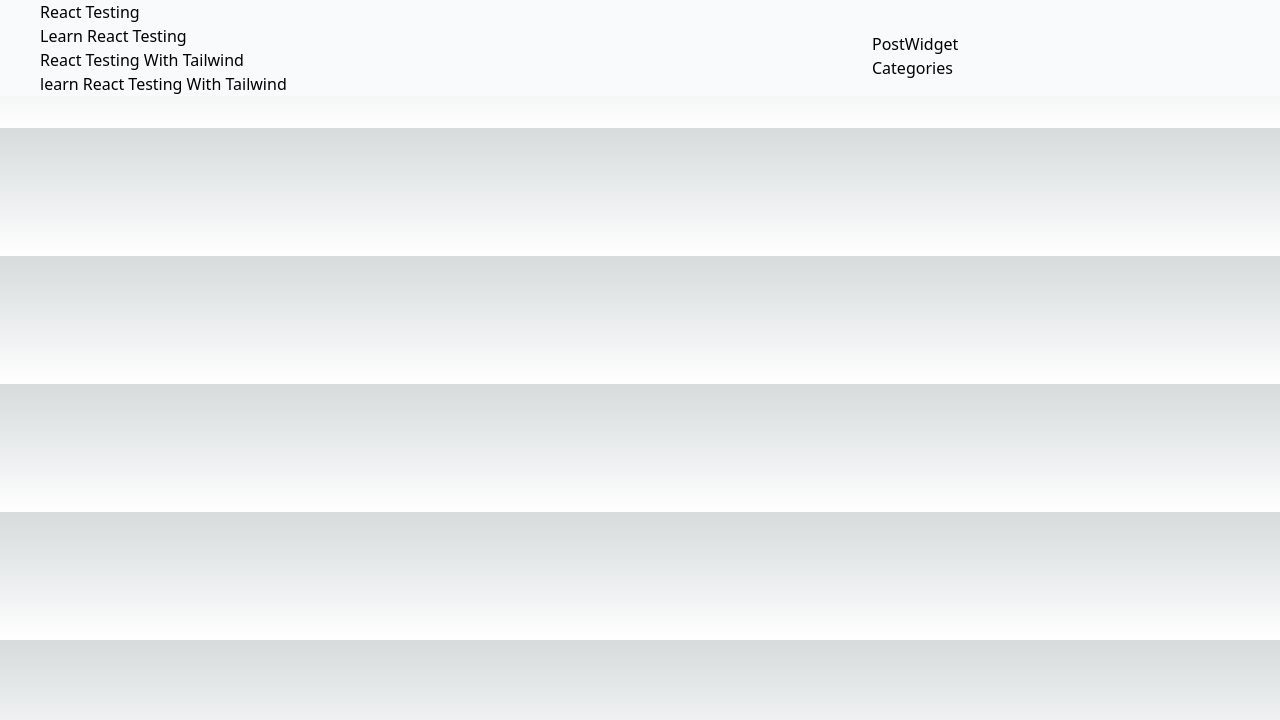
Repository: AlgoHussle/algo-blog
Page: /
An editor plug-in stored every save of this project. The page is shown before and after the next save, followed by the edit.
The browser window is 1280 px wide. The pictures show the whole page.
The project was rebuilt for these pictures with package versions that can differ from the ones it lists, and the page was loaded fresh each time. The framework's server and built-in components were replaced by stand-ins that run in the browser. Also part of the build but not shown: next.config.js.

Above is the page before, as saved 2023-05-03 21:48:07.

After the next save:
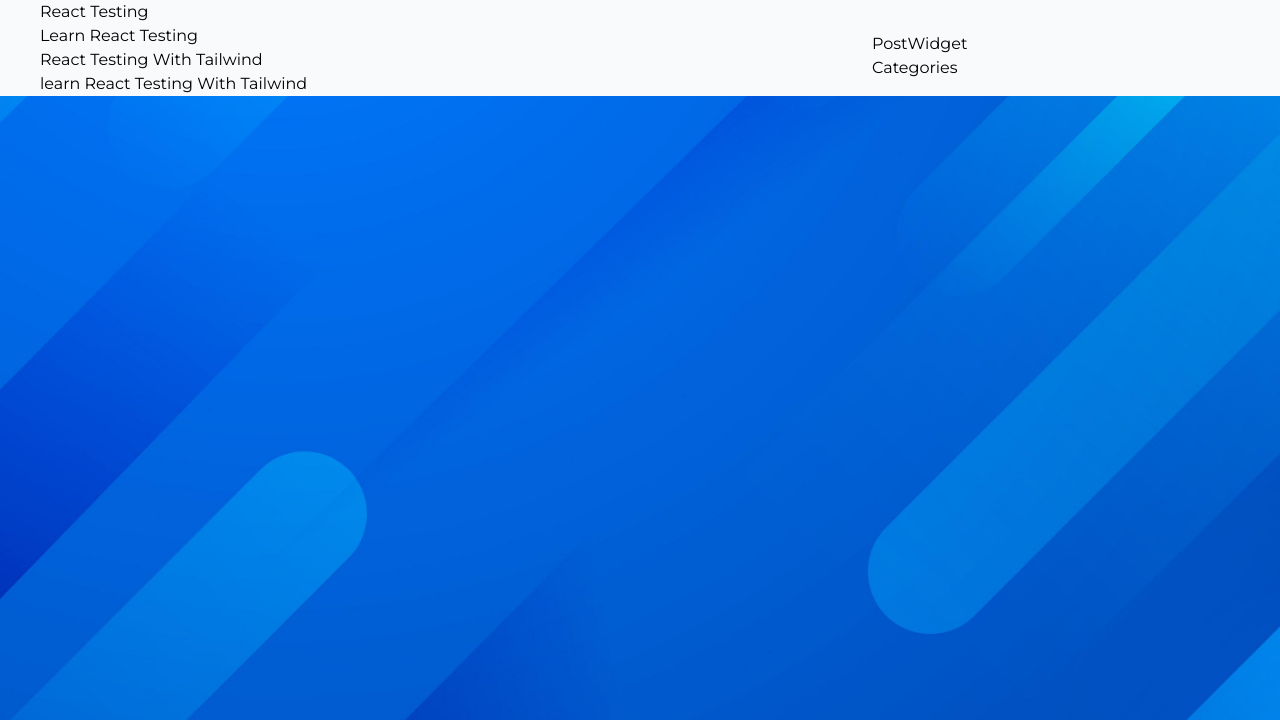
Saved 28 s later.
--- a/pages/_app.js
+++ b/pages/_app.js
@@ -1,4 +1,4 @@
-import '../styles/globals.css';
+import 'styles/globals.scss';
 
 import 'tailwindcss/tailwind.css';
 
